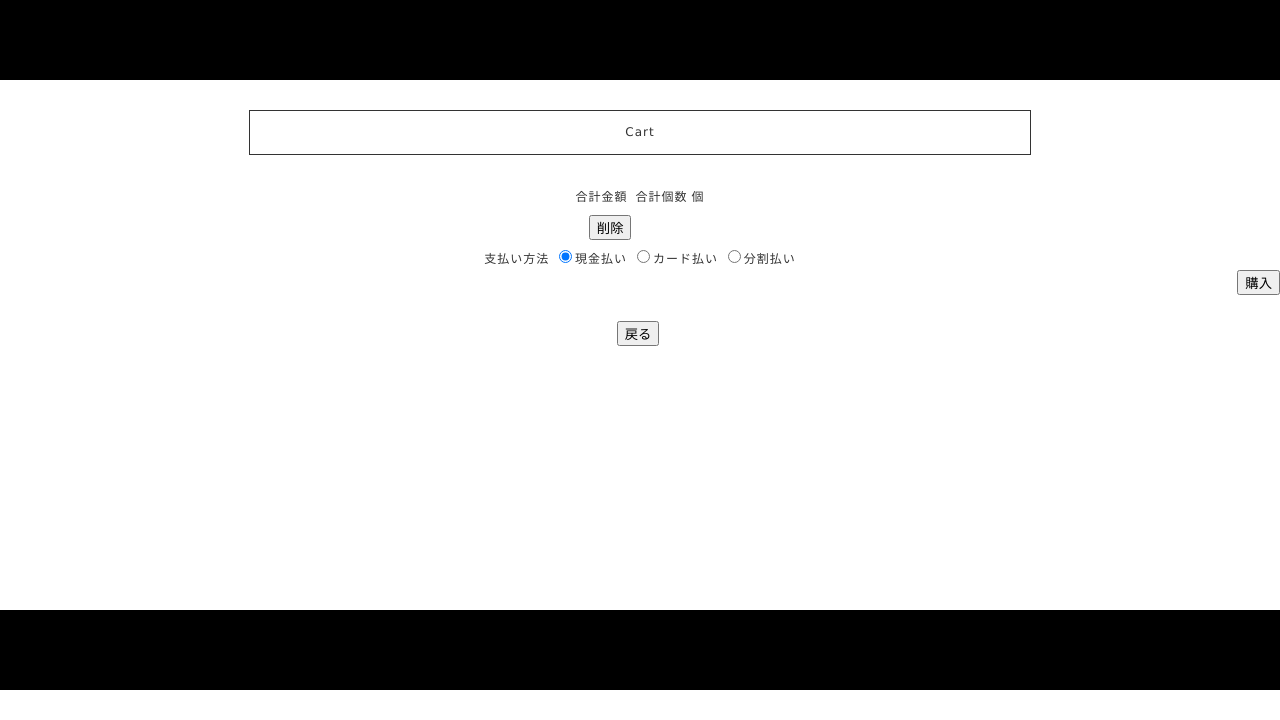
Repository: kazuki7291/backup
Page: http://localhost/template/cart.jsp
An editor plug-in stored every save of this project. The page is shown before and after the next save, followed by the edit.
The browser window is 1280 px wide. The pictures show the whole page.
Some web libraries are served in a nearby version. The page is served by Tomcat 9.

Above is the page before, as saved 2018-01-10 12:21:56.

After the next save:
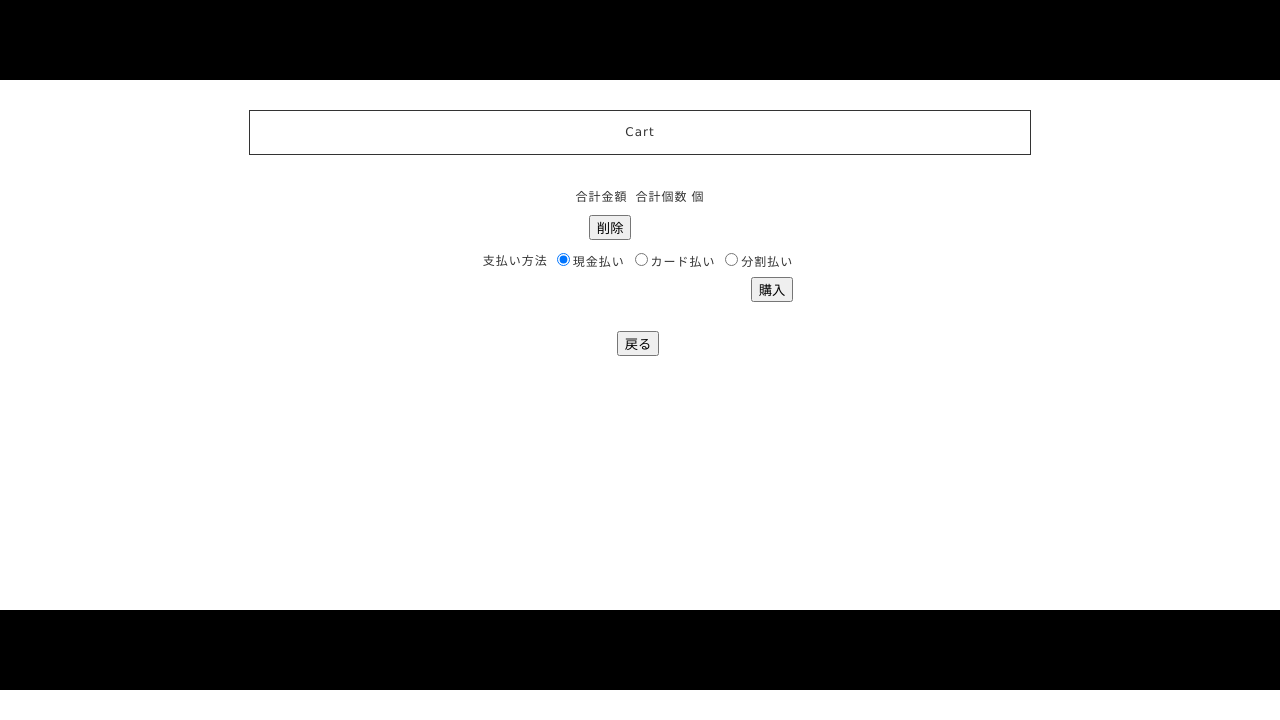
Saved 23 s later.
--- a/template/WebContent/cart.jsp
+++ b/template/WebContent/cart.jsp
@@ -108,6 +108,7 @@
 				</tr>
 				<tr><td><s:submit value="削除"  /><td></tr>
 			</s:form>
+			<s:form action="GobuyItemConfirmAction">
 				<tr>
 					<td>支払い方法</td>
 					<td>
@@ -116,10 +117,10 @@
 						<input type="radio" name="pay" value="3">分割払い
 					</td>
 					<td>
-						<s:submit value="購入"  action="GobuyItemConfirmAction"/>
+						<s:submit value="購入"  />
 					</td>
 				</tr>
-
+			</s:form>
 		</s:else>
 		<s:form>
 				<tr>
